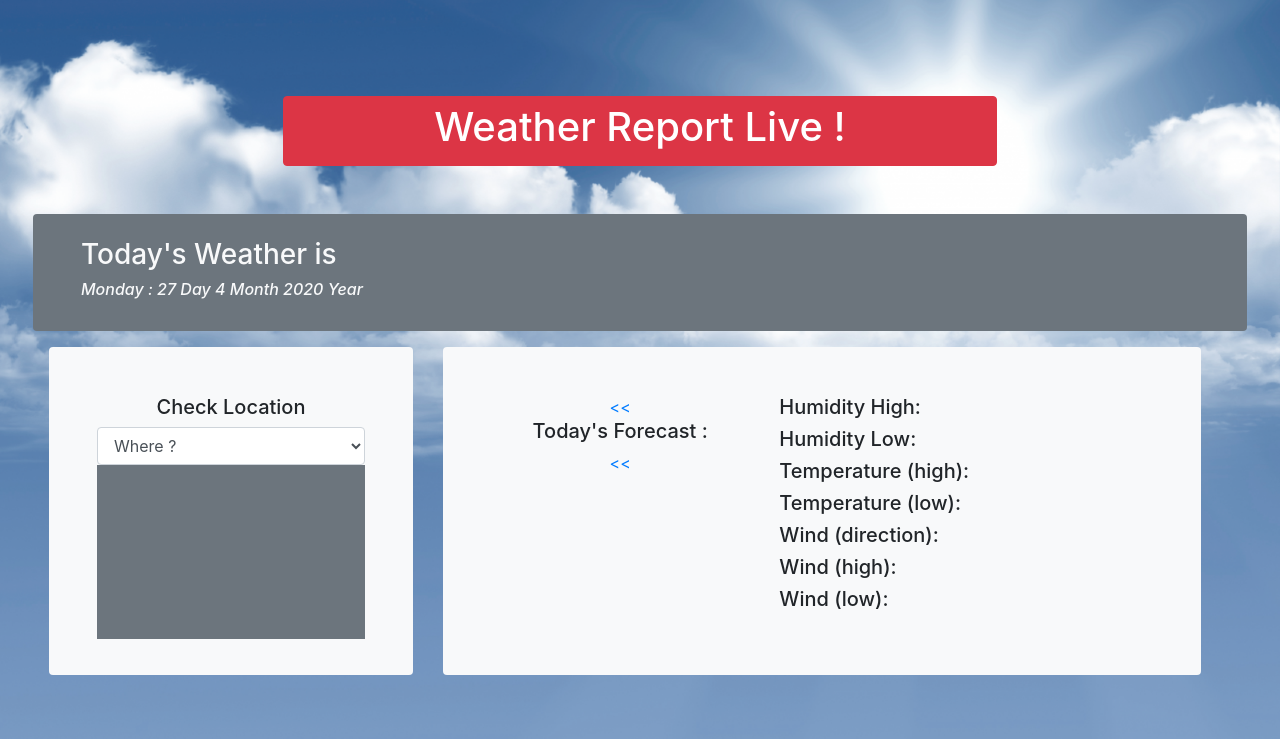
Repository: Code-Institute-Submissions/projectchen88-weatherForecast
Page: index.html
The author's editor kept a record of every edit. The page is drawn from the files as they stood at one moment, then again after the next edit.
The browser window is 1280 px wide. The pictures show the whole page.
The page's requests for data from a server got no answer.

Above is the page before.
Console error (its wording comes from the project's code and is left out).

### index.html
<!doctype html>
<html lang="en">

<head>
    <!-- Required meta tags -->
    <meta charset="utf-8">
    <meta name="viewport" content="width=device-width, initial-scale=1, shrink-to-fit=no">
    <!--AXIOS link-->
    <script src="https://unpkg.com/axios/dist/axios.min.js"></script>
    <!-- Bootstrap CSS -->
    <link rel="stylesheet" href="https://stackpath.bootstrapcdn.com/bootstrap/4.4.1/css/bootstrap.min.css" integrity="sha384-Vkoo8x4CGsO3+Hhxv8T/Q5PaXtkKtu6ug5TOeNV6gBiFeWPGFN9MuhOf23Q9Ifjh" crossorigin="anonymous">
    <!--Font Awesome-->
    <link rel="stylesheet" href="https://cdnjs.cloudflare.com/ajax/libs/font-awesome/4.7.0/css/font-awesome.min.css">
    <!--Custom CSS-->
    <link rel="stylesheet" href="styles/style.css" type="text/css" />
    <title>Hello, world!</title>
</head>

<body>
    <main id='main-page' class='container-fluid p-5'>
        <!--Header-->
        <div class="row">
            <div class="col-md-8 col-12 p-md-5 p-3 mx-auto">
                <span class='btn btn-danger w-100'><h1>Weather Report Live ! </h1></span>
            </div>
        </div>

        <!--Current Weather -->
        <div class="row">
            <div class="col-12 px-5 py-4 bg-secondary text-light rounded">
                <h3>Today's Weather is <span id='status'></span></h3>
                <h6 id='dateToday' class='font-italic'></h6>
            </div>
            <div id='display-section' class="col-12 p-3 bg-transparent">
                <div class="box row">
                    <!--Check and display weather of location selected-->
                    <div class="box col-md-4 col-12 mx-auto text-center">
                        <div class="box p-5 bg-light rounded">
                            <h5>Check Location</h5>
                            <div >
                                <select class='form-control' id="select">
                                    <option>Where ?</option>
                                </select>
                            </div>
                            <div class='display-box p-2 bg-secondary'>
                                <p><span id='weather' class='font-bolder text-light'></span></p>
                            </div>
                        </div>
                    </div>

                    <!--Display 4 days forecast-->
                    <div class="box col-md-8 col-12 mx-auto text-center">
                        <div class="box p-5 bg-light rounded">
                            <div class='display-box'>
                                <div class="row">
                                    <div class="col-5">
                                        <a href=""><<</a>
                                        <h5>Today's Forecast : </h5>
                                        <a href=""><<</a>

                                        <span id='forecast'></span>
                                    </div>
                                    <div class="col-7">
                                        <div class='d-flex'>
                                            <h5>Humidity High: </h5>
                                            <span id='humidity-high'></span>
                                        </div>
                                        <div class='d-flex'>
                                            <h5>Humidity Low: </h5>
                                            <span id='humidity-low'></span>
                                        </div>
                                        <div class='d-flex'>
                                            <h5>Temperature (high): </h5>
                                            <span id='temperature-high'></span>
                                        </div>
                                        <div class='d-flex'>
                                            <h5>Temperature (low): </h5>
                                            <span id='temperature-low'></span>
                                        </div>
                                        <div class='d-flex'>
                                            <h5>Wind (direction): </h5>
                                            <span id='wind-direction'></span>
                                        </div>
                                        <div class='d-flex'>
                                            <h5>Wind (high): </h5>
                                            <span id='wind-speed-high'></span>
                                        </div>
                                        <div class='d-flex'>
                                            <h5>Wind (low): </h5>
                                            <span id='wind-speed-low'></span>
                                        </div>
                                    </div>

                                </div>
                            </div>
                        </div>
                    </div>


                </div>
            </div>
        </div>


    </main>


    <!-- Optional JavaScript -->
    <!-- jQuery first, then Popper.js, then Bootstrap JS -->
    <script src="https://code.jquery.com/jquery-3.4.1.js" integrity="sha256-WpOohJOqMqqyKL9FccASB9O0KwACQJpFTUBLTYOVvVU=" crossorigin="anonymous"></script>
    <script src="https://cdn.jsdelivr.net/npm/popper.js@1.16.0/dist/umd/popper.min.js" integrity="sha384-Q6E9RHvbIyZFJoft+2mJbHaEWldlvI9IOYy5n3zV9zzTtmI3UksdQRVvoxMfooAo" crossorigin="anonymous"></script>
    <script src="https://stackpath.bootstrapcdn.com/bootstrap/4.4.1/js/bootstrap.min.js" integrity="sha384-wfSDF2E50Y2D1uUdj0O3uMBJnjuUD4Ih7YwaYd1iqfktj0Uod8GCExl3Og8ifwB6" crossorigin="anonymous"></script>
    <!--Custom JS script-->
    <script type="text/javascript" src="scripts/script.js"></script>
</body>

</html>

### scripts/script.js
/*  global $ axios */

var source1 = "https://api.data.gov.sg/v1/environment/2-hour-weather-forecast"
var source2 = "https://api.data.gov.sg/v1/environment/4-day-weather-forecast"
var forecastData =[]
var tempData =[]
var option =[]
var status


//AXIO TO GET DATA FROM JSON FILE (local)
function getForecast(callback) {
  axios.get(source1)
    .then(function(response) {
      let result = response.data;
      console.log(result)
      callback(result)
    })
}
function getTemp(callback) {
  axios.get(source2)
    .then(function(response) {
      let result = response.data.items[0].forecasts;
      console.log(result)
      callback(result)
    })
}
function displayDailyForecast( day ) {
  document.getElementById("forecast-title").innerHTML="Weather Forecast for date : " +tempData[day].date
  document.getElementById("forecast").innerHTML=tempData[day].forecast
  document.getElementById("humidity-high").innerHTML=tempData[day].relative_humidity.high
  document.getElementById("humidity-low").innerHTML=tempData[day].relative_humidity.low
  document.getElementById("temperature-high").innerHTML=tempData[day].temperature.high
  document.getElementById("temperature-low").innerHTML=tempData[day].temperature.low
  document.getElementById("wind-direction").innerHTML="The wind will be blowing in the "+tempData[day].wind.direction+" direction"
  document.getElementById("wind-speed-high").innerHTML=tempData[day].wind.speed.high
  document.getElementById("wind-speed-low").innerHTML=tempData[day].wind.speed.low

}
getTemp(function(data){
  tempData = data;
  tempData.count = 0 // tracker for the day result that is displayed
  displayDailyForecast (tempData.count)
  document.getElementById("forecast").innerHTML=tempData[0].forecast
})

getForecast( function(data) {
    forecastData = data
    status = forecastData.api_info.status
    document.getElementById("status").innerHTML = status;

    let forecastsArea = forecastData.items[0].forecasts

    var select = document.getElementById("select");
    for (let item in forecastsArea) {
      var el = document.createElement("option");
      el.textContent = forecastsArea[item].area;
      el.value = forecastsArea[item].area;
      select.appendChild(el);
    }
})

$ (function () {
  // $('#prev-day').hide();

  // Set the date of today to be displayed
  var d = new Date();
  var weekday = new Array(7);
  weekday[0] = "Sunday";
  weekday[1] = "Monday";
  weekday[2] = "Tuesday";
  weekday[3] = "Wednesday";
  weekday[4] = "Thursday";
  weekday[5] = "Friday";
  weekday[6] = "Saturday";
  var strDate = weekday[d.getDay()] + " : " + d.getDate() + " Day " + (d.getMonth()+1) + " Month " + d.getFullYear() + " Year " ;
  $('#dateToday').text(strDate)

  // Detect for change in option change in selection of area and display the weather
  $('#select').change(function(){
    // displayWeather()
    let forecastsArea = forecastData.items[0].forecasts
    for (let item in forecastsArea) {
      var select = $('#select').val()
      if (select == forecastsArea[item].area)
      $('#weather').text("The weather at "+ forecastsArea[item].area +" is expected to be "+forecastsArea[item].forecast)
    }
  })

  // Detect for change to view. forecast for next day
  $('#next-day').click( function () {
    if (tempData.count < 3) {
      tempData.count ++ ;
      displayDailyForecast(tempData.count)
      if (tempData.count >= 3) {
        // $('#next-day').hide()
      }
      $('#prev-day').text('<<')
    }
    else {
      $('#next-day').text('>>|')
    }
  })

  $('#prev-day').on('click', function () {
   if (tempData.count >= 0) {
      tempData.count -- ;
      displayDailyForecast(tempData.count)
      if (tempData.count <= 0 ) {
        $('#next-day').text(">>")
      }
      $('#prev-day').text('|<<')
    }
  })
})

Loaded but not shown: styles/style.css (common file)

After the next edit:
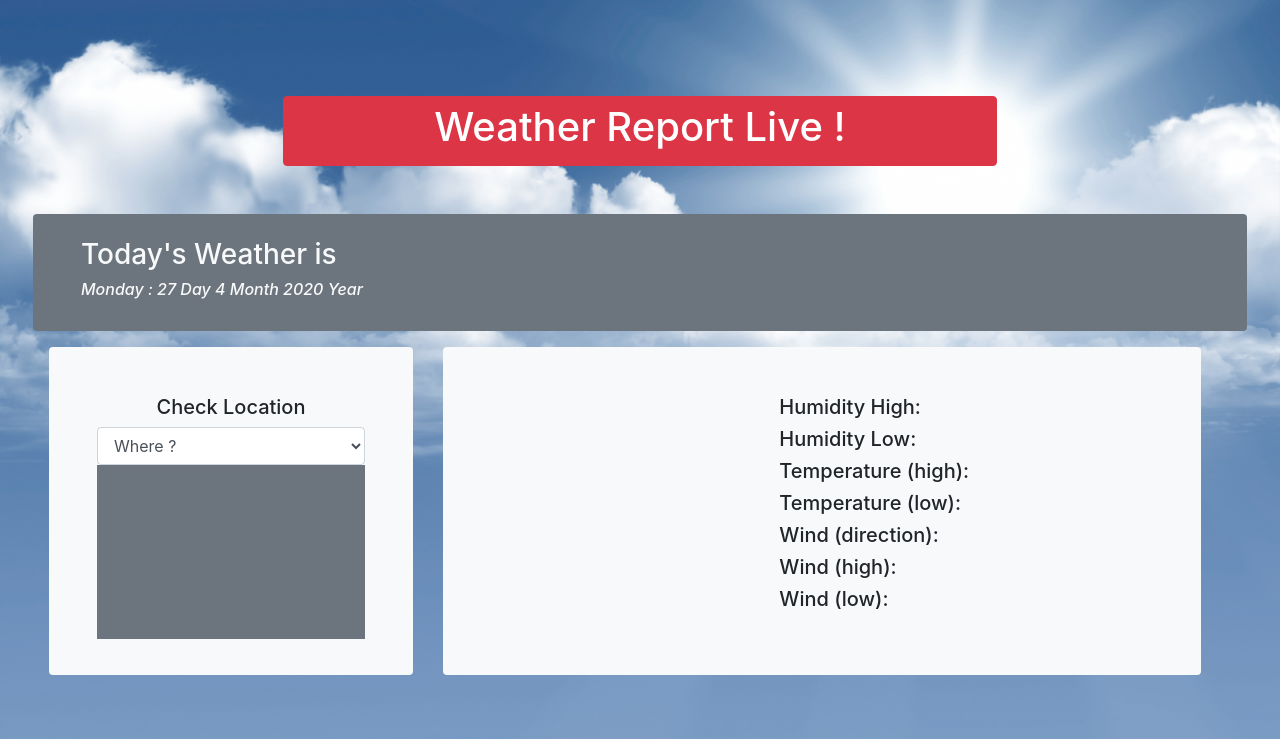
The edit:
--- a/index.html
+++ b/index.html
@@ -54,9 +54,10 @@
                             <div class='display-box'>
                                 <div class="row">
                                     <div class="col-5">
-                                        <a href=""><<</a>
-                                        <h5>Today's Forecast : </h5>
-                                        <a href=""><<</a>
+                                        <div class='d-flex'>
+
+                                        </div>
+
 
                                         <span id='forecast'></span>
                                     </div>
